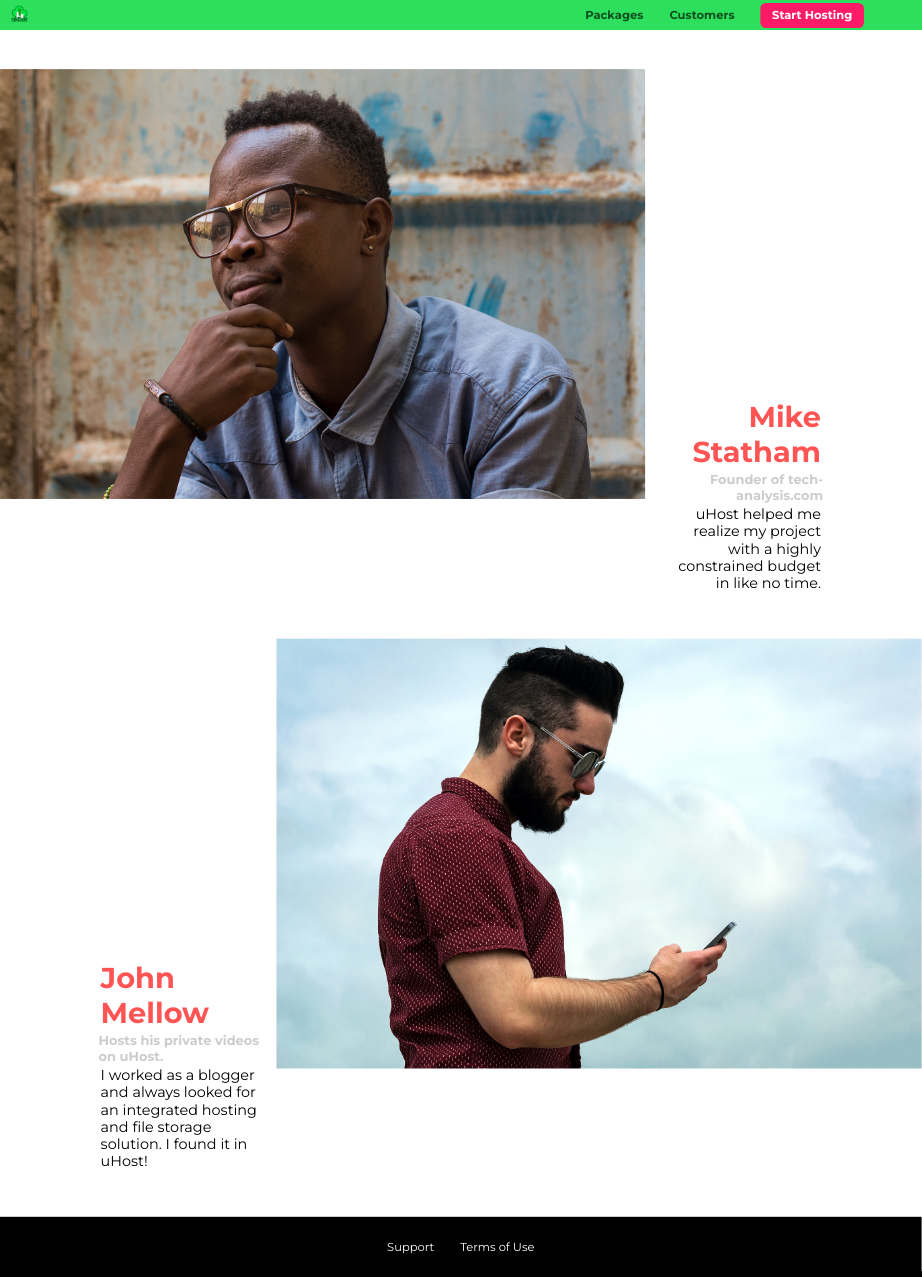
Repository: Nowacki97PL/UdemyCSS
Page: customers/index.html
The author's editor kept a copy of each file at every save. The page is drawn from the files as they stood at one save, then again after the next save.
The browser window is 1280 px wide. The pictures show the whole page, at 72% of full size.

Above is the page before, as saved 2023-11-12 13:30:31.

### customers/index.html
<!DOCTYPE html>
<html lang="en">

<head>
    <meta charset="UTF-8">
    <meta name="viewport" content="width=device-width, initial-scale=1.0">
    <meta http-equiv="X-UA-Compatible" content="ie=edge">
    <title>uHost Customers</title>
    <link rel="shortcut icon" href="../favicon.png">
    <link href="https://fonts.googleapis.com/css?family=Anton|Montserrat:400,700" rel="stylesheet">
    <link rel="stylesheet" href="customers.css">
    <link rel="stylesheet" href="../shared.css">
    <link rel="stylesheet" href="../main.css">
</head>

<body>
    <header class="main-header">
        <div>
            <a href="../index.html" class="main-header__brand">
                <img src="../images/uhost-icon.png" alt="logo">
            </a>
        </div>
        <nav class="main-nav">
            <ul class="main-nav__items">
                <li class="main-nav__item">
                    <a href="packages/index.html">Packages</a>
                </li>
                <li class="main-nav__item">
                    <a href="customers/index.html">Customers</a>
                </li>
                <li class="main-nav__item main-nav__item--cta">
                    <a href="start-hosting/index.html">Start Hosting</a>
                </li>
            </ul>
        </nav>
    </header>

    <main>
        <div>
            <div class="testimonial" id="customer-1">
                <div class="testimonial__image-container">
                    <img src="../images/customer-1.jpg" alt="Mike Statham - Customer" class="testimonial__image">
                </div>
                <div class="testimonial__info">
                    <h1 class="testimonial__name">Mike Statham</h1>
                    <h2 class="testimonial__subtitle">Founder of
                        <a href="tech-analysis.com">tech-analysis.com</a>
                    </h2>
                    <p class="testimonial__text">uHost helped me realize my project with a highly constrained budget in like no time.</p>
                </div>
            </div>
            <div class="testimonial" id="customer-2">

                <div class="testimonial__info">
                    <h1 class="testimonial__name">John Mellow</h1>
                    <h2 class="testimonial__subtitle">Hosts his private videos on uHost.
                    </h2>
                    <p class="testimonial__text">I worked as a blogger and always looked for an integrated hosting and file storage solution. I found
                        it in uHost!
                    </p>
                </div>
                <div class="testimonial__image-container">
                    <img src="../images/customer-2.jpg" alt="John Mellow - Customer" class="testimonial__image">
                </div>
            </div>
        </div>
    </main>
    <footer class="main-footer">
        <nav>
            <ul class="main-footer__links">
                <li class="main-footer__link">
                    <a href="#">Support</a>
                </li>
                <li class="main-footer__link">
                    <a href="#">Terms of Use</a>
                </li>
            </ul>
        </nav>
    </footer>
</body>

</html>

### customers/customers.css
.testimonial {
    font-size: 20px;
    margin: 48px 0;
  }

  .testimonial__list {
    width: 80%;
    margin: auto;
  }

  .testimonial:first-of-type {
    margin-top: 96px;
  }

  .testimonial__image-container {
    width: 70%;
    display: inline-block;
    vertical-align: ;
  }

  .testimonial__image {
    width: 100%;
  }

  .testimonial__info {
    text-align: right;
    padding: 14px;
    display: inline-block;
    vertical-align: middle;
    width: 20%;
  }

  #customer-2.testimonial {
    text-align: right;
  }

  #customer-2 .testimonial__info {
    text-align: left;
  }

  .testimonial__name {
    margin: 3px;
    color: #ff5454;
  }

  .testimonial__subtitle {
    margin: 0;
    font-size: 18px;
    color: #ccc;
  }

  .testimonial__subtitle a {
    color: inherit;
    text-decoration: none;
  }

  .testimonial__subtitle a:hover,
  .testimonial__subtitle a:active {
    color: #7a7a7a;
  }

  .testimonial__text {
    margin: 3px;
  }

### shared.css
* {
    box-sizing: border-box;
}

body {
    font-family: 'Montserrat', sans-serif;
    margin: 0;
}

.main-header {
    width: 100%;
    position: fixed;
    top: 0;
    left: 0;
    background: #2ddf5c;
    padding: 8px 16px;
    z-index: 1;
}

.main-header > div {
    display: inline-block;
    vertical-align: middle;
}

.main-header__brand {
    color: #0e4f1f;
    text-decoration: none;
    font-weight: bold;
    font-size: 22px;
    display: inline-block;
    height: 22px;
}

.main-header__brand img {
    height: 22px;
}

.main-nav {
    display: inline-block;
    text-align: right;
    width: calc(100% - 74px);
    vertical-align: middle;
}

.main-nav__items {
    margin: 0;
    padding: 0;
    list-style: none;
}

.main-nav__item {
    display: inline-block;
    margin: 0 16px;
}

.main-nav__item a {
    text-decoration: none;
    color: #0e4f1f;
    font-weight: bold;
    padding: 3px 0;
}

.main-nav__item a:hover,
.main-nav__item a:active {
    color: white;
    border-bottom: 5px solid white;
}

.main-nav__item--cta a {
    color: white;
    background: #ff1b68;
    padding: 8px 16px;
    border-radius: 8px;
}

.main-nav__item--cta a:hover,
.main-nav__item--cta a:active {
    color: #ff1b68;
    background: white;
    border: none;
}

.main-footer {
    background: black;
    padding: 32px;
    margin-top: 48px;
}

.main-footer__links {
    list-style: none;
    margin: 0;
    padding: 0;
    text-align: center;
}

.main-footer__link {
    display: inline-block;
    margin: 0 16px;
}

.main-footer__link a {
    color: white;
    text-decoration: none;
}

.main-footer__link a:hover,
.main-footer__link a:active {
    color: #ccc;
}

.button {
    background: #0e4f1f;
    color: white;
    font: inherit;
    border: 1.5px solid #0e4f1f;
    padding: 8px;
    border-radius: 8px;
    font-weight: bold;
    cursor: pointer;
}

.button:hover,
.button:active {
    background: white;
    color: #0e4f1f;
}

.button:focus {
    outline: none;
}

### main.css


#product-overview {
    background: url("images/freedom.jpg") left 10% bottom 80%/cover no-repeat border-box;
    width: 100%;
    height: 528px;
    padding: 10px;
    position: relative;
}

.section-title {
    color: #2ddf5c;
    text-align: center;
}

#product-overview h1 {
    color: white;
    font-family: 'Anton', sans-serif;
    position: absolute;
    bottom: 5%;
    left: 3%;
}

.plan__list {
    width: 80%;
    margin: auto;
    text-align: center;
}

.plan {
    background: #d5ffdc;
    text-align: center;
    padding: 16px;
    margin: 8px;
    display: inline-block;
    width: 30%;
    vertical-align: middle;
}

.plan--highlighted {
    background: #19b84c;
    color: white;
    box-shadow: 2px 2px 2px 2px rgba(0, 0, 0, 0.5);
}

.plan__annotation {
    background: white;
    color: #19b84c;
    padding: 8px;
    box-shadow: 2px 2px 2px 2px rgba(0, 0, 0, 0.5);
    border-radius: 8px;
}

.plan__title {
    color: #0e4f1f;
}

.plan__price {
    color: #858585;
}

.plan--highlighted .plan__title {
    color: white;
}

.plan--highlighted .plan__price {
    color: #0e4f1f;
}

.plan__features {
    list-style: none;
    margin: 0;
    padding: 0;
}

.plan__feature {
    margin: 8px 0;
}

#key-features {
    background: #ff1b68;
    margin-top: 80px;
    padding: 16px;
}

#key-features .section-title {
    color: white;
    margin: 32px;
}

.key-feature__list {
    list-style: none;
    margin: 0;
    padding: 0;
    text-align: center;
}

.key-feature {
    display: inline-block;
    width: 30%;
    vertical-align: top;
}

.key-feature__image {
    background: #ffcede;
    width: 128px;
    height: 128px;
    border: 2px solid #424242;
    border-radius: 50%;
    margin: auto;
}

.key-feature__description {
    text-align: center;
    font-weight: bold;
    color: white;
    font-size: 20px;
}

/* h1 {
    font-family: sans-serif;
} */

After the next save:
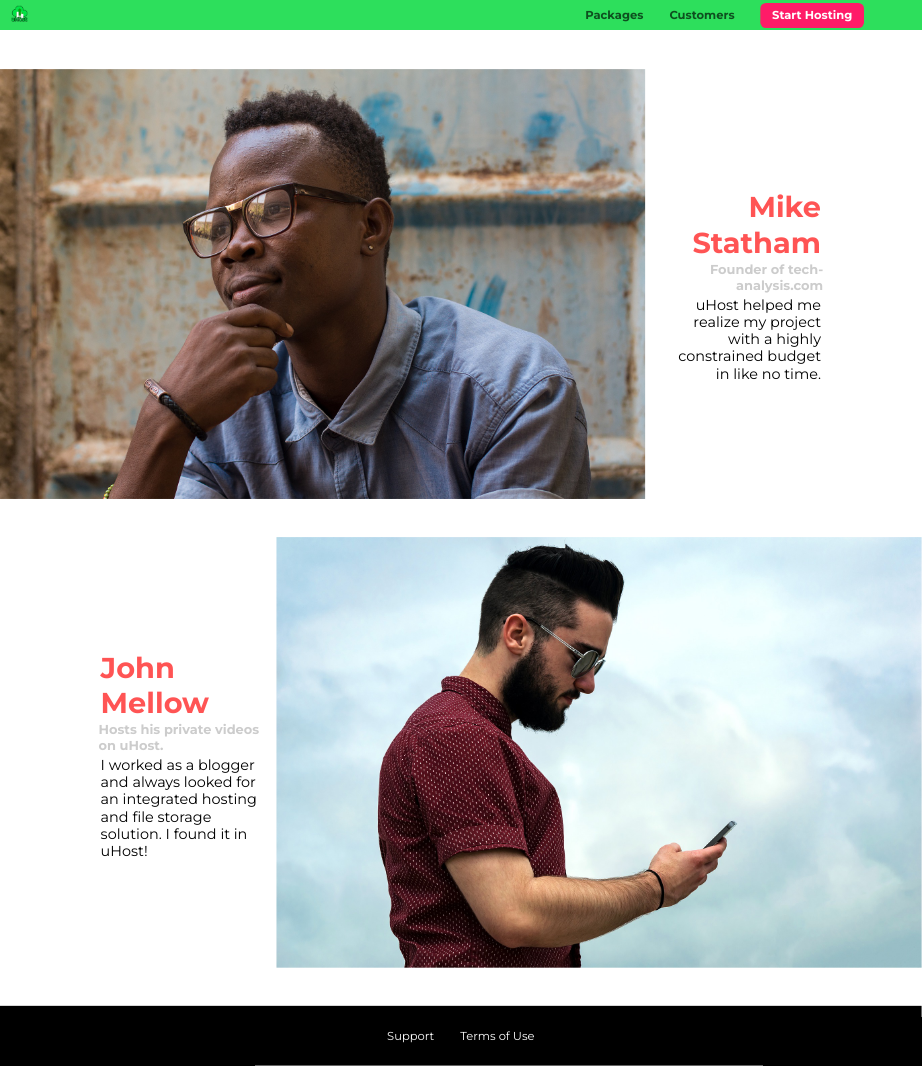
Saved 2 s later.
--- a/customers/customers.css
+++ b/customers/customers.css
@@ -15,7 +15,7 @@
   .testimonial__image-container {
     width: 70%;
     display: inline-block;
-    vertical-align: ;
+    vertical-align: middle;
   }
 
   .testimonial__image {
